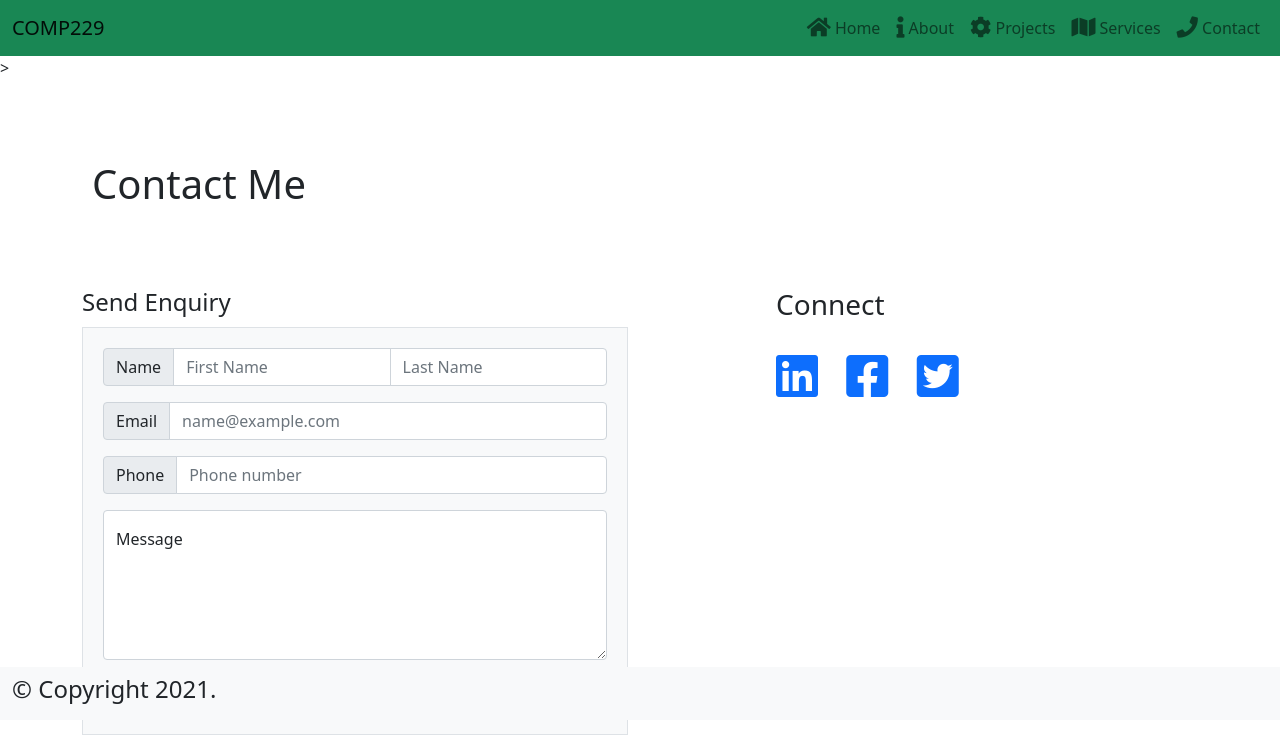
Repository: Mostafa-Asaad/Portfolio
Page: http://localhost/contact
The author's editor kept a copy of each file at every save. The page is drawn from the files as they stood at one save, then again after the next save.
The browser window is 1280 px wide. The pictures show the whole page.
The page is served by the project's Node server (index.js). Other server files are loaded and not shown.

Above is the page before, as saved 2021-06-04 16:16:50.

### Server/Views/index.ejs
<!DOCTYPE html>
<html lang="en">
<head>
  <meta charset="UTF-8">
  <meta http-equiv="X-UA-Compatible" content="IE=edge">
  <meta name="viewport" content="width=device-width, initial-scale=1.0">
  <title><%= title %></title>
  <!-- CSS Section -->
  <link rel="stylesheet" href="/bootstrap/dist/css/bootstrap.min.css">
  <link rel="stylesheet" href="/@fortawesome/fontawesome-free/css/all.min.css">
  <link rel="stylesheet" href="/Content/app.css">
</head>
<body>
  <!-- Navigation Section -->
 <header>
  <%- include('./components/header.ejs') %>
 </header>

  <!--Main Content-->>
  <main>
    <%- include('./content/' + page + '.ejs') %>
  </main>

  <!-- Bottom Nav -->
  <footer>
    <%- include('./components/footer.ejs') %>
  </footer>

  <!-- JavaScript Section -->
  <script src="/jquery/dist/jquery.min.js"></script>
  <script src="/bootstrap/dist/js/bootstrap.min.js"></script>
  <script src="/Scripts/app.js"></script>
</body>
</html>

### Server/Views/components/header.ejs
<nav class="navbar navbar-expand-lg navbar-light bg-success">
    <div class="container-fluid">
      <a class="navbar-brand" href="#">COMP229</a>
      <button class="navbar-toggler" type="button" data-bs-toggle="collapse" data-bs-target="#navbarSupportedContent" aria-controls="navbarSupportedContent" aria-expanded="false" aria-label="Toggle navigation">
        <span class="navbar-toggler-icon"></span>
      </button>
      <div class="collapse navbar-collapse" id="navbarSupportedContent">
        <ul class="navbar-nav ms-auto mb-2 mb-lg-0">
          <li class="nav-item">
            <a class="nav-link" href="/home"><i class="fas fa-home fa-lg"></i> Home</a>
          </li>
          <li class="nav-item">
            <a class="nav-link" href="/about"><i class="fas fa-info fa-lg"></i> About</a>
          </li>
          <li class="nav-item">
            <a class="nav-link" href="/projects"><i class="fas fa-cog fa-lg"></i> Projects</a>
          </li>
          <li class="nav-item">
            <a class="nav-link" href="/services"><i class="fas fa-map fa-lg"></i> Services</a>
          </li>
          <li class="nav-item">
            <a class="nav-link" href="/contact"><i class="fas fa-phone fa-lg"></i> Contact</a>
          </li>
        </ul>
      </div>
    </div>
  </nav>

### Server/Views/content/contact.ejs

<!-- Page Title -->
<div class="container" style= "margin:80px;">
  <h1>Contact Me</h1>
</div>

<!-- Message form -->

<div class="container">
  <div class="row align-items-start">
    <div class="col-6">
      <div style= "margin-bottom:10px;">
       <h4>Send Enquiry</h4>
      </div>
      <div class="col border border-bottom rounded-lg bg-light">
       <div style= "margin:20px;">
    <!-- First and last name -->
          <div class="input-group mb-3"  >
            <span class="input-group-text">Name</span>
            <input type="text" placeholder="First Name" aria-label="First name" class="form-control">
            <input type="text" placeholder="Last Name" aria-label="Last name" class="form-control">
          </div>
    <!-- email Form -->
          <div class="input-group flex-nowrap mb-3">
            <span class="input-group-text" id="addon-wrapping">Email</span>
            <input type="text" class="form-control" placeholder="name@example.com" aria-label="email address" aria-describedby="addon-wrapping">
           </div>
    <!-- Phone number -->
          <div class="input-group mb-3">
            <span class="input-group-text" id="inputGroup-sizing-default">Phone</span>
            <input type="text" placeholder="Phone number" class="form-control" aria-label="Sizing example input" aria-describedby="inputGroup-sizing-default">
          </div>
    <!-- Comments -->
          <div class="form-floating mb-3">
            <textarea class="form-control" placeholder="Leave a comment here" id="floatingTextarea2" style="height: 150px"></textarea>
            <label for="floatingTextarea2">Message</label>
          </div>
    <!-- Click Buttons -->
          <input class="btn btn-primary" type="submit" value="Send" >
          <input class="btn btn-primary" type="submit" value="Clear" >
        </div>
      </div>
    </div>
  <!-- Connect Buttons -->
    <div class="col">
      <div class="container-fluid ">
        <div style= "margin-left:100px;">
          <div style= "margin-bottom:30px;">
            <h3>Connect</h3>
          </div>
          <div class="row align-items-start">
            <div class="col-2 margin-bottom:30px">
              <a class="link" href="https://www.linkedin.com/in/mostafa-asaad/"><i class="fab fa-linkedin fa-3x"></i></a>
            </div>
            <div class="col-2">
              <a class="link" href="https://www.facebook.com/"><i class="fab fa-facebook-square fa-3x"></i></a>
            </div>
            <div class="col-2">
              <a class="link" href="https://twitter.com/Moe_Asd"><i class="fab fa-twitter-square fa-3x"></i></a>
            </div>
          </div>

        </div>
      </div>
    </div>
  </div>
 </div>

### Server/Views/components/footer.ejs
<nav class="navbar fixed-bottom navbar-light bg-light">
    <div class="container-fluid">
      <h4>&copy; Copyright 2021.</h4>
    </div>
  </nav>

### index.js
#!/usr/bin/env node
"use strict";
var __importDefault = (this && this.__importDefault) || function (mod) {
    return (mod && mod.__esModule) ? mod : { "default": mod };
};
Object.defineProperty(exports, "__esModule", { value: true });
const app_1 = __importDefault(require("./Server/Config/app"));
const debug_1 = __importDefault(require("debug"));
debug_1.default('week-4d:server');
const http_1 = __importDefault(require("http"));
let port = normalizePort(process.env.PORT || '3000');
app_1.default.set('port', port);
let server = http_1.default.createServer(app_1.default);
server.listen(port);
server.on('error', onError);
server.on('listening', onListening);
function normalizePort(val) {
    let port = parseInt(val, 10);
    if (isNaN(port)) {
        return val;
    }
    if (port >= 0) {
        return port;
    }
    return false;
}
function onError(error) {
    if (error.syscall !== 'listen') {
        throw error;
    }
    var bind = typeof port === 'string'
        ? 'Pipe ' + port
        : 'Port ' + port;
    switch (error.code) {
        case 'EACCES':
            console.error(bind + ' requires elevated privileges');
            process.exit(1);
            break;
        case 'EADDRINUSE':
            console.error(bind + ' is already in use');
            process.exit(1);
            break;
        default:
            throw error;
    }
}
function onListening() {
    let addr = server.address();
    let bind = typeof addr === 'string'
        ? 'pipe ' + addr
        : 'port ' + addr.port;
    debug_1.default('Listening on ' + bind);
}
//# sourceMappingURL=index.js.map

### Server/Routes/index.js
"use strict";
var __importDefault = (this && this.__importDefault) || function (mod) {
    return (mod && mod.__esModule) ? mod : { "default": mod };
};
Object.defineProperty(exports, "__esModule", { value: true });
const express_1 = __importDefault(require("express"));
const router = express_1.default.Router();
exports.default = router;
router.get('/', function (req, res, next) {
    res.render('index', { title: 'Home', page: 'home' });
});
router.get('/home', function (req, res, next) {
    res.render('index', { title: 'Home', page: 'home' });
});
router.get('/about', function (req, res, next) {
    res.render('index', { title: 'About Us', page: 'about' });
});
router.get('/projects', function (req, res, next) {
    res.render('index', { title: 'Our Projects', page: 'projects' });
});
router.get('/services', function (req, res, next) {
    res.render('index', { title: 'Our Services', page: 'services' });
});
router.get('/contact', function (req, res, next) {
    res.render('index', { title: 'Contact Us', page: 'contact' });
});
//# sourceMappingURL=index.js.map

### Client/Content/app.css
/* your custom css goes here */

### Client/Scripts/app.js
"use strict";
(function () {
    function Start() {
        console.log("App Started");
    }
    window.addEventListener("load", Start);
})();
//# sourceMappingURL=app.js.map

After the next save:
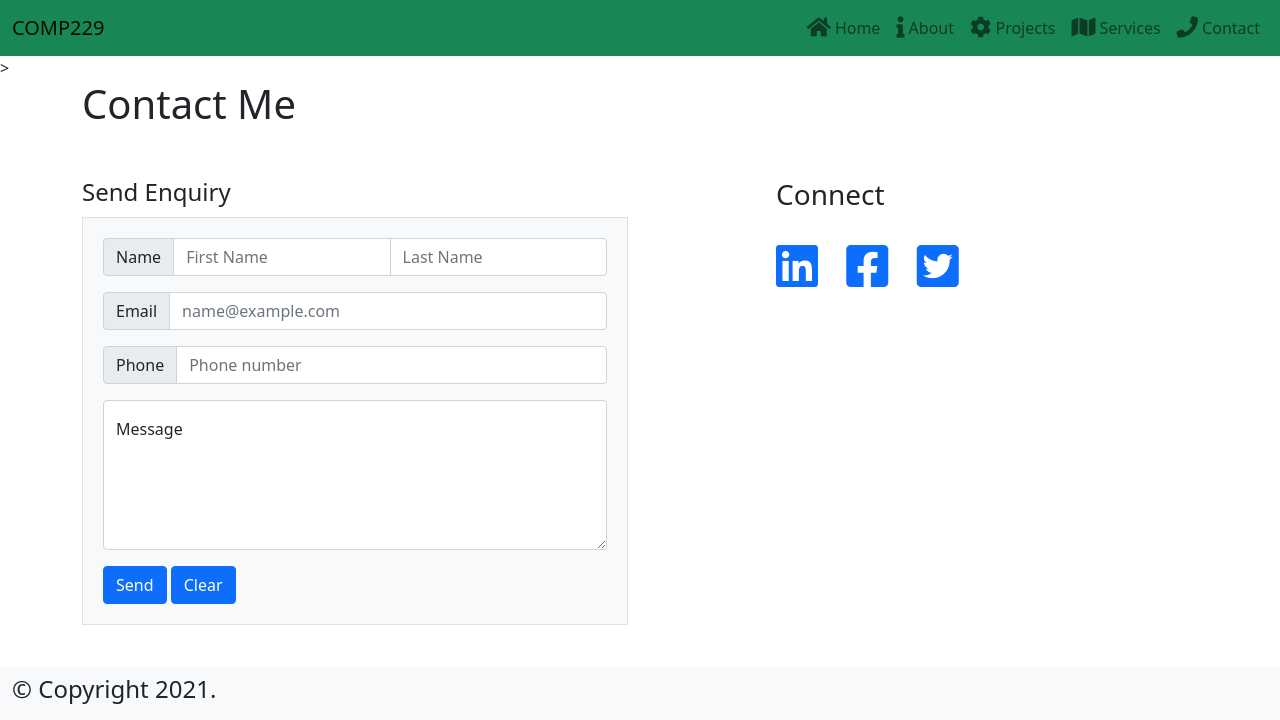
Saved 41 s later.
--- a/Server/Views/content/contact.ejs
+++ b/Server/Views/content/contact.ejs
@@ -1,6 +1,6 @@
 
 <!-- Page Title -->
-<div class="container" style= "margin:80px;">
+<div class="container" style= "margin-bottom:50px;" style="margin-top:50px;">
   <h1>Contact Me</h1>
 </div>
 
